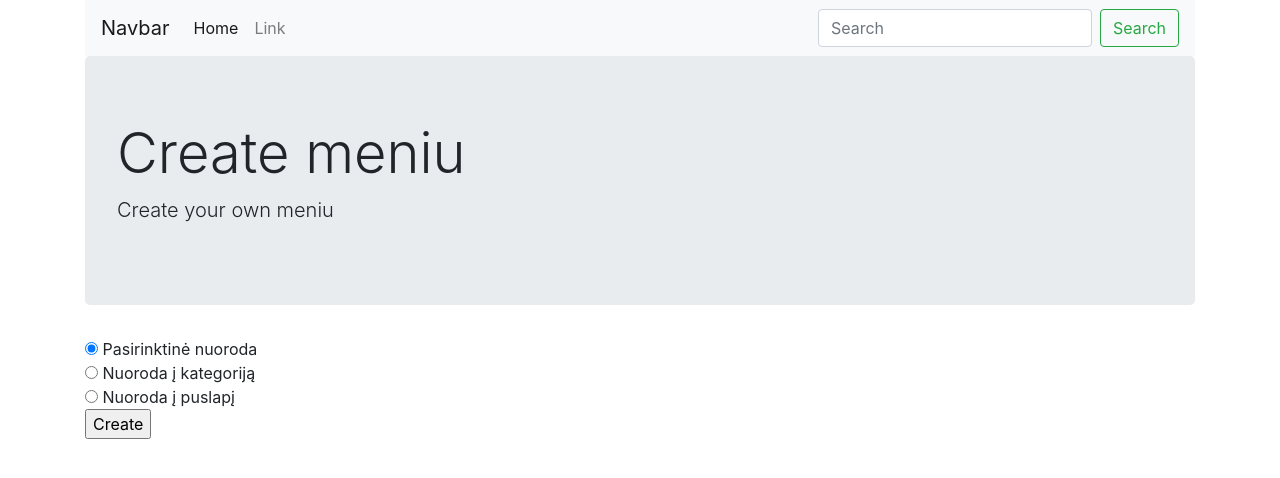
Repository: motiejus1/18-paskaita-PHP-05.31
Page: http://localhost/createMenu.php
These files come from the project's save history. The page is drawn as it stood at one moment and after the next save; the edit follows.
The browser window is 1280 px wide. The pictures show the whole page.
Some web libraries are served in a nearby version. The page is run by PHP 8.4 with error messages shown; the project is at /var/www/html/. connections.php is not in the repository; a stand-in opens the database connection. Other server files are loaded and not shown.

Above is the page before, as saved 2021-09-28 18:56:29.

### createMenu.php
<?php require_once("connections.php"); ?>

<!DOCTYPE html>
<html lang="lt">
<head>
    <meta charset="UTF-8">
    <meta http-equiv="X-UA-Compatible" content="IE=edge">
    <meta name="viewport" content="width=device-width, initial-scale=1.0">
    <title>Meniu create</title>
    <?php require_once("includes.php"); ?>
</head>
<body>
    <div class="container">
    <?php require_once("design-parts/meniu.php"); ?>
        <?php require_once("design-parts/jumbotron.php"); ?>
        <?php showJumbotron("Create meniu", "Create your own meniu"); ?>


        <form action="createMenu.php" method="get">
            <input type="radio" name="menuType" value="1" checked="true"> Pasirinktinė nuoroda <br>
            <input type="radio" name="menuType" value="2"> Nuoroda į kategoriją <br>
            <input type="radio" name="menuType" value="3"> Nuoroda į puslapį <br>
            <input type="submit" name="submit" value="Create">
        </form>

        <?php
            if(isset($_GET["menuType"])) {
                $menuType = $_GET["menuType"]; // 1 -pasirinktine nuorda , 2 - kategorijis, 3 - puslapiai ?>
                <?php if($menuType == 1) { ?>
                    <h2> Pasirinktinė nuoroda </h2>
                    <form action="createMenu.php" method="get">
                        <input type="hidden" name="menuType" value="<?php echo $menuType; ?>" >
                        <input class="form-control" type="text" name="pavadinimas" placeholder="Įveskite pavadinimą">
                        <input class="form-control" type="text" name="nuoroda" placeholder="Įveskite nuorodą">
                        <input class="form-control" type="text" name="target" placeholder="Įveskite, kaip atsidarys nuoroda">
                        <input class="form-control" type="text" name="alt" placeholder="Įveskite nuorodos aprašymą">
                        <input class="btn btn-primary" type="submit" name="create" value="Create">
                    </form>

                    <?php
                        if(isset($_GET["create"])) {
                        $pavadinimas = $_GET["pavadinimas"];
                        $nuoroda = $_GET["nuoroda"];
                        $target = $_GET["target"];
                        $alt = $_GET["alt"];
                        $sql = "INSERT INTO `meniu`(`pavadinimas`, `nuoroda`, `target`, `alt`) VALUES ('$pavadinimas','$nuoroda','$target','$alt')";

                        if(mysqli_query($conn, $sql)) {
                            echo "Meniu punktas sukurtas sėkmingai";
                            echo "<br>";
                        } else {
                            echo "Kazkas ivyko negerai";
                            echo "<br>";
                        }
                    }

                    ?>


                <?php } else if($menuType == 2) { ?>
                    <h2> Nuoroda į kategoriją </h2>
                    <form action="createMenu.php" method="get">
                    </form>
                <?php } else if($menuType == 3) {?>
                    <h2> Nuoroda į puslapį </h2>
                    <form action="createMenu.php" method="get">
                    </form>
                <?php } ?>
        <?php } ?>





        <?php
        //Pasirinktine nuoroda
        //Nuoroda i kategorija
        //Nuoroda i puslapi

        //su insert tiesiog paprastai uzpildome - forma
        //kategorijos - lieka uzpildyti tik target ir alt - forma 2
        //puslapiai - lieka uzpildyti tik target ir alt - forma 3



        ?>



    </div>
</body>
</html>

### includes.php
<?php

echo '


<link rel="stylesheet" href="https://maxcdn.bootstrapcdn.com/bootstrap/4.0.0/css/bootstrap.min.css" integrity="sha384-Gn5384xqQ1aoWXA+058RXPxPg6fy4IWvTNh0E263XmFcJlSAwiGgFAW/dAiS6JXm" crossorigin="anonymous">
<script src="https://code.jquery.com/jquery-3.2.1.min.js"></script>
<script src="https://cdnjs.cloudflare.com/ajax/libs/popper.js/1.12.9/umd/popper.min.js" integrity="sha384-ApNbgh9B+Y1QKtv3Rn7W3mgPxhU9K/ScQsAP7hUibX39j7fakFPskvXusvfa0b4Q" crossorigin="anonymous"></script>
<script src="https://maxcdn.bootstrapcdn.com/bootstrap/4.0.0/js/bootstrap.min.js" integrity="sha384-JZR6Spejh4U02d8jOt6vLEHfe/JQGiRRSQQxSfFWpi1MquVdAyjUar5+76PVCmYl" crossorigin="anonymous"></script>

<link rel="stylesheet" href="assets/css/style.css" />
';
?>

### design-parts/meniu.php
<nav class="navbar navbar-expand-lg navbar-light bg-light">
        <a class="navbar-brand" href="#">Navbar</a>
        <button class="navbar-toggler" type="button" data-toggle="collapse" data-target="#navbarSupportedContent" aria-controls="navbarSupportedContent" aria-expanded="false" aria-label="Toggle navigation">
            <span class="navbar-toggler-icon"></span>
        </button>

        <div class="collapse navbar-collapse" id="navbarSupportedContent">
            <ul class="navbar-nav mr-auto">
            <li class="nav-item active">
                <a class="nav-link" href="#">Home <span class="sr-only">(current)</span></a>
            </li>
            <li class="nav-item">
                <a class="nav-link" href="#">Link</a>
            </li>

            </ul>
            <form class="form-inline my-2 my-lg-0">
            <input class="form-control mr-sm-2" type="search" placeholder="Search" aria-label="Search">
            <button class="btn btn-outline-success my-2 my-sm-0" type="submit">Search</button>
            </form>
        </div>
</nav>

### design-parts/jumbotron.php

<?php function showJumbotron($page_name, $page_summary) { ?>

<div class="jumbotron">
            <h1 class="display-4"><?php echo $page_name; ?></h1>
            <p class="lead"><?php echo $page_summary;  ?></p>
</div>

<?php } ?>

Loaded but not shown: assets/css/style.css (common file)

After the next save:
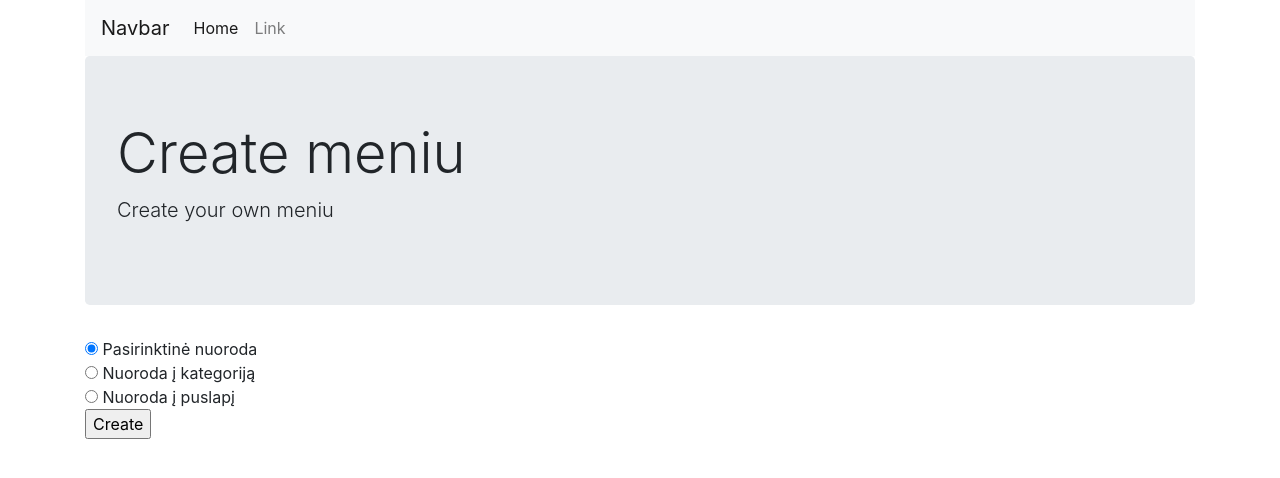
Saved 25 s later.
--- a/design-parts/meniu.php
+++ b/design-parts/meniu.php
@@ -14,9 +14,9 @@
             </li>
 
             </ul>
-            <form class="form-inline my-2 my-lg-0">
+            <!-- <form class="form-inline my-2 my-lg-0">
             <input class="form-control mr-sm-2" type="search" placeholder="Search" aria-label="Search">
             <button class="btn btn-outline-success my-2 my-sm-0" type="submit">Search</button>
-            </form>
+            </form> -->
         </div>
 </nav>
